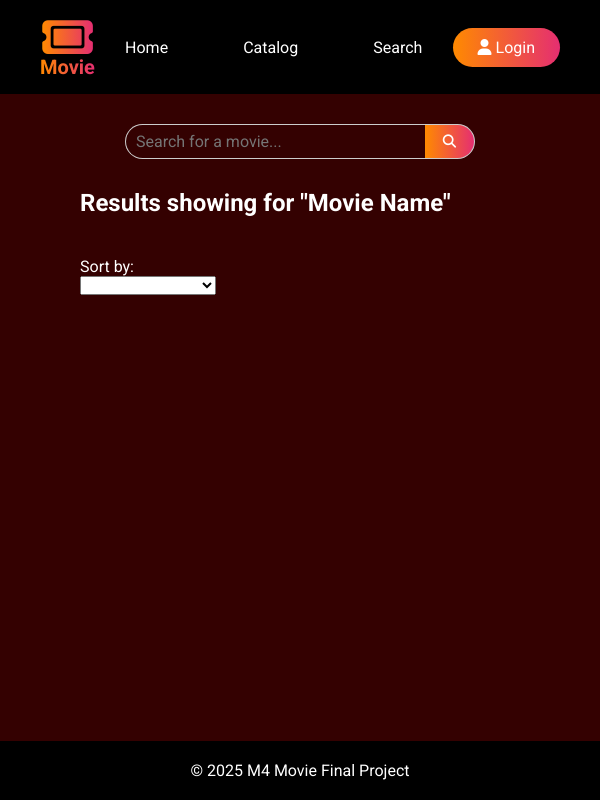
Repository: avivanguyen/m4_movie-FinalProject
Page: index.html
The author's editor kept a copy of each file at every save. The page is drawn from the files as they stood at one save, then again after the next save.
The browser window is 600 px wide. The pictures show the whole page.
Some web libraries are served in a nearby version.

Above is the page before, as saved 2025-12-30 17:15:39.

After the next save:
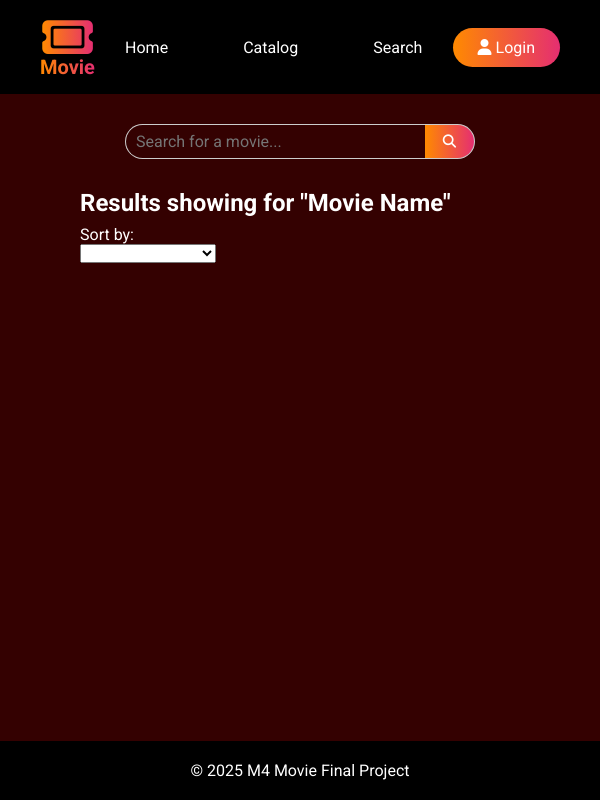
Saved 10 s later.
--- a/styles.css
+++ b/styles.css
@@ -346,6 +346,9 @@ RESPONSIVE STYLES
 }
 
 @media (max-width:725px) {
+    .breadcrumb {
+        margin-bottom: 8px;
+    }
     .sort {
         margin-top: 0px;
         margin-left: 20px;
